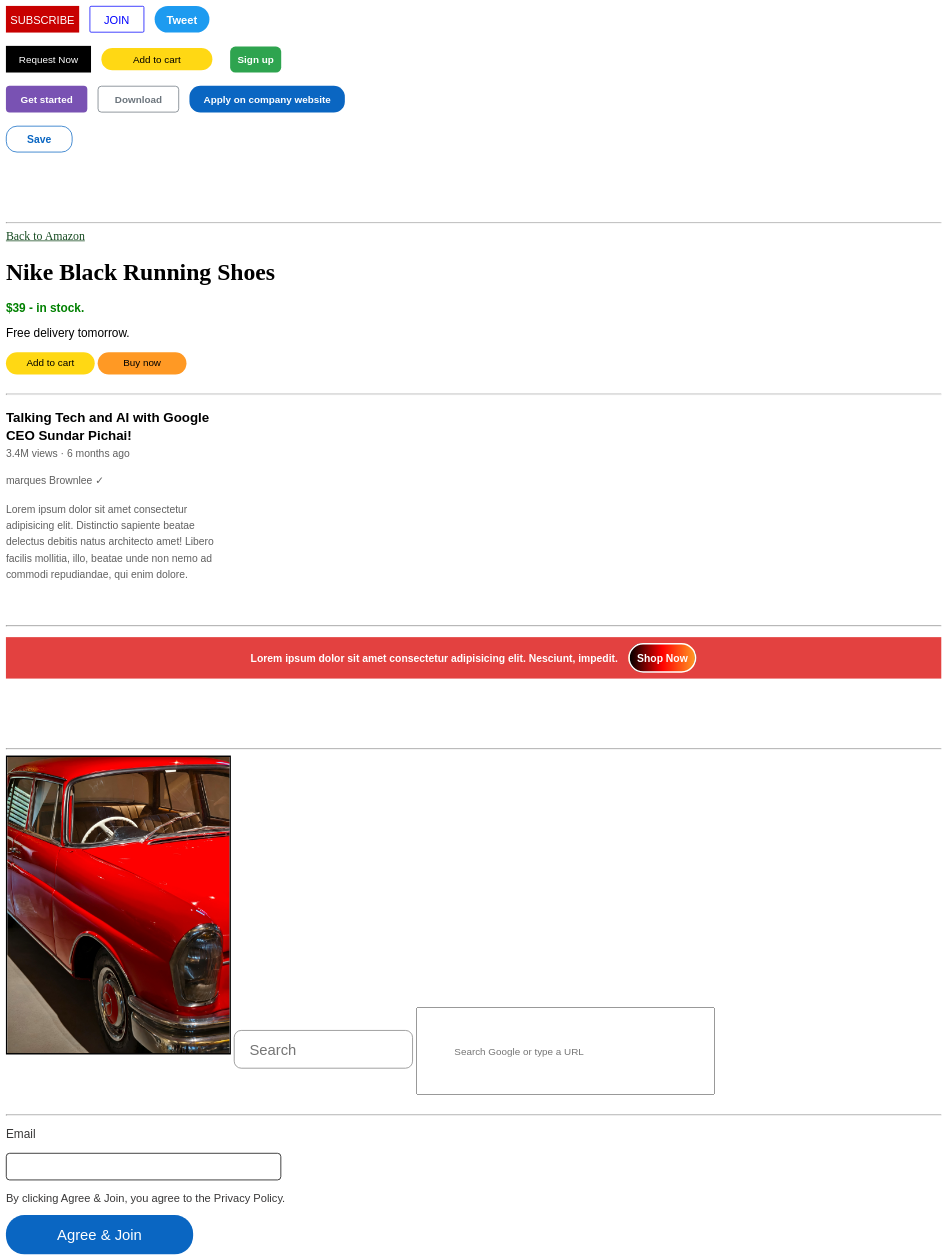
Repository: Yeyolive/WebDev_Collab_2025
Page: Basic_Projects/HTML-CSS course/into-to-html/index.html
An editor plug-in stored every save of this project. The page is shown before and after the next save, followed by the edit.
The browser window is 1280 px wide. The pictures show the whole page, at 74% of full size.

Above is the page before, as saved 2025-11-23 23:41:25.

After the next save:
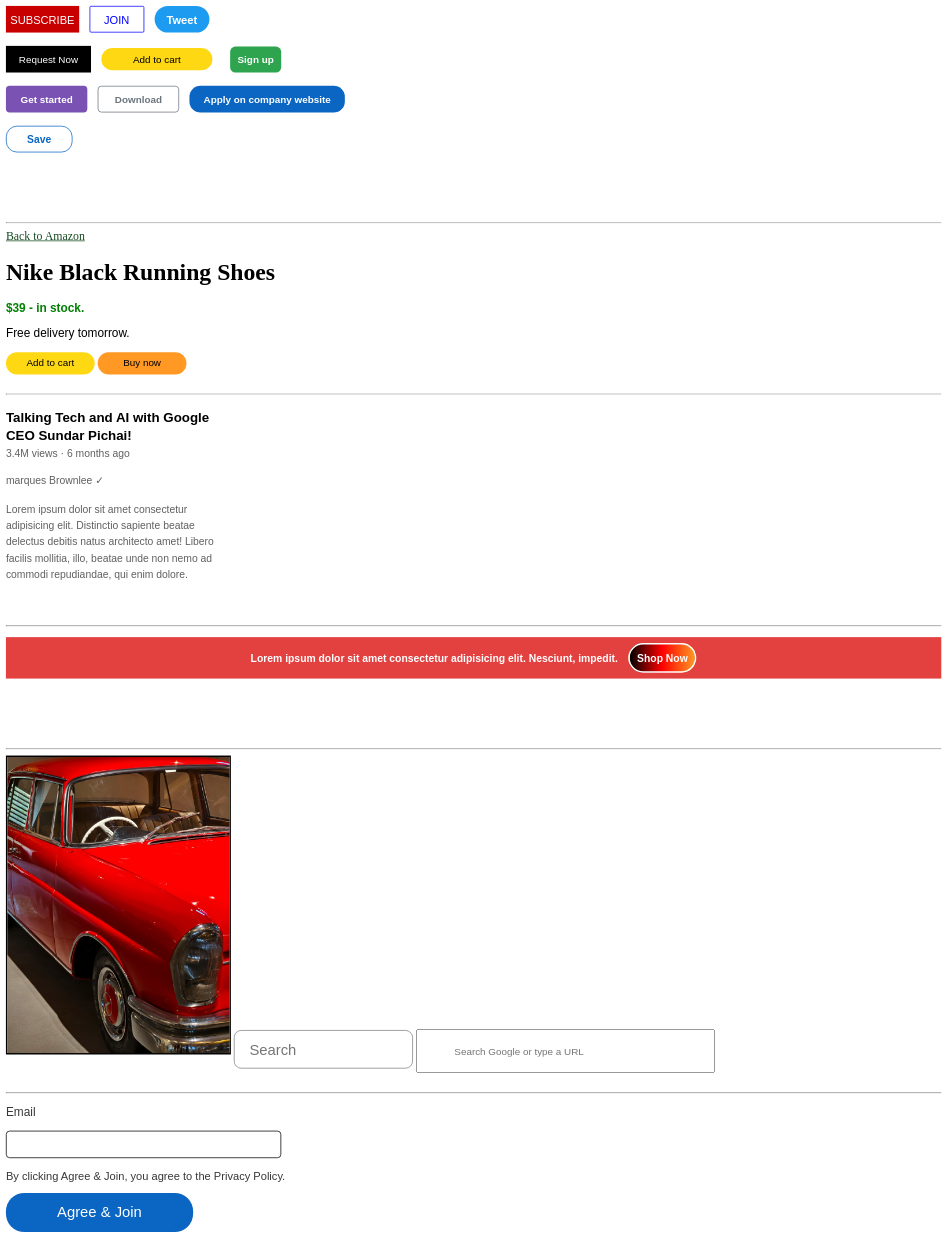
Saved 8 s later.
--- a/Basic_Projects/HTML-CSS course/into-to-html/styles.css
+++ b/Basic_Projects/HTML-CSS course/into-to-html/styles.css
@@ -319,7 +319,7 @@
 
 .search-bar-2 {
   width: 300px;
-  padding: 50px;
+  padding: 20px 50px;
 }
 
 .email-p1 {
